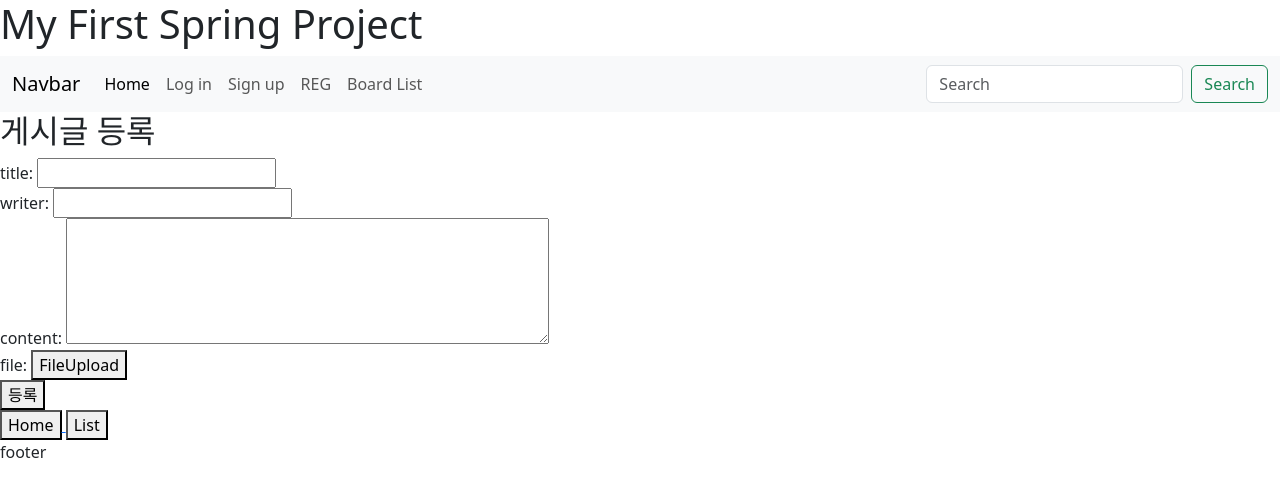
Repository: dfhdfhdfsza/springtest
Page: http://localhost/spring-Test/WEB-INF/views/board/register.jsp
These files come from the project's save history. The page is drawn as it stood at one moment and after the next save; the edit follows.
The browser window is 1280 px wide. The pictures show the whole page.
The page is served by Tomcat 9. Nobody is signed in. The template is opened directly, without the code that normally fills it, so the values that code supplies are empty.

Above is the page before, as saved 2023-10-12 07:58:02.

After the next save:
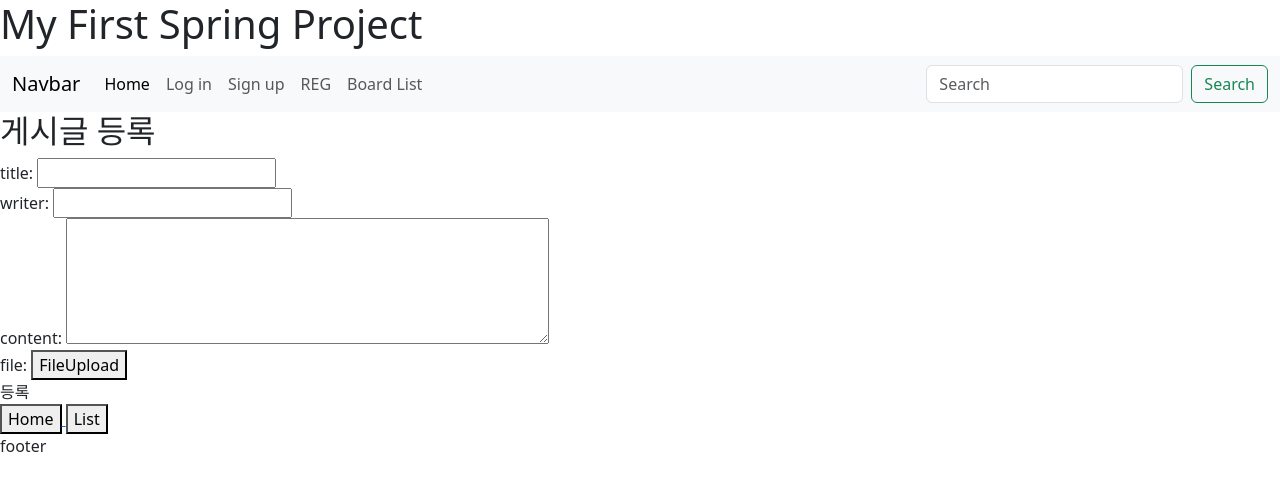
Saved 41 s later.
--- a/spring-Test/src/main/webapp/WEB-INF/views/board/register.jsp
+++ b/spring-Test/src/main/webapp/WEB-INF/views/board/register.jsp
@@ -21,6 +21,7 @@
 		file: <input type="file" id="file" name="files" multiple="multiple" style="display:none">
 
 		<button type="button" id="trigger">FileUpload</button> <br>
+		<div id="fileZone></div>
 		<button type="submit">등록</button> <br>
 	</form>
 	<a href="/">

After the save that followed:
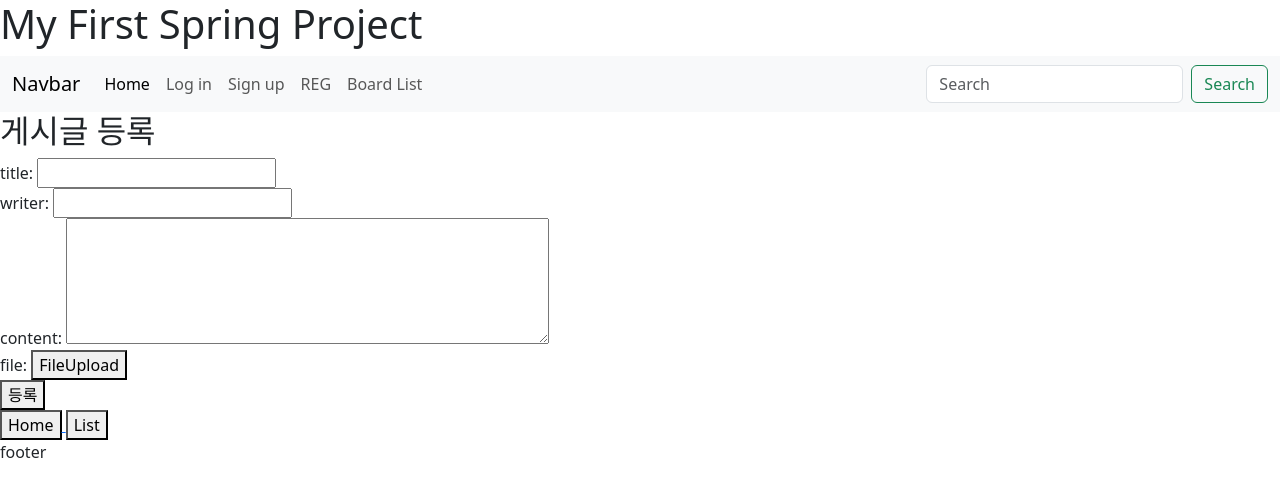
Saved 4 s later.
--- a/spring-Test/src/main/webapp/WEB-INF/views/board/register.jsp
+++ b/spring-Test/src/main/webapp/WEB-INF/views/board/register.jsp
@@ -21,7 +21,7 @@
 		file: <input type="file" id="file" name="files" multiple="multiple" style="display:none">
 
 		<button type="button" id="trigger">FileUpload</button> <br>
-		<div id="fileZone></div>
+		<div id="fileZone"></div>
 		<button type="submit">등록</button> <br>
 	</form>
 	<a href="/">
